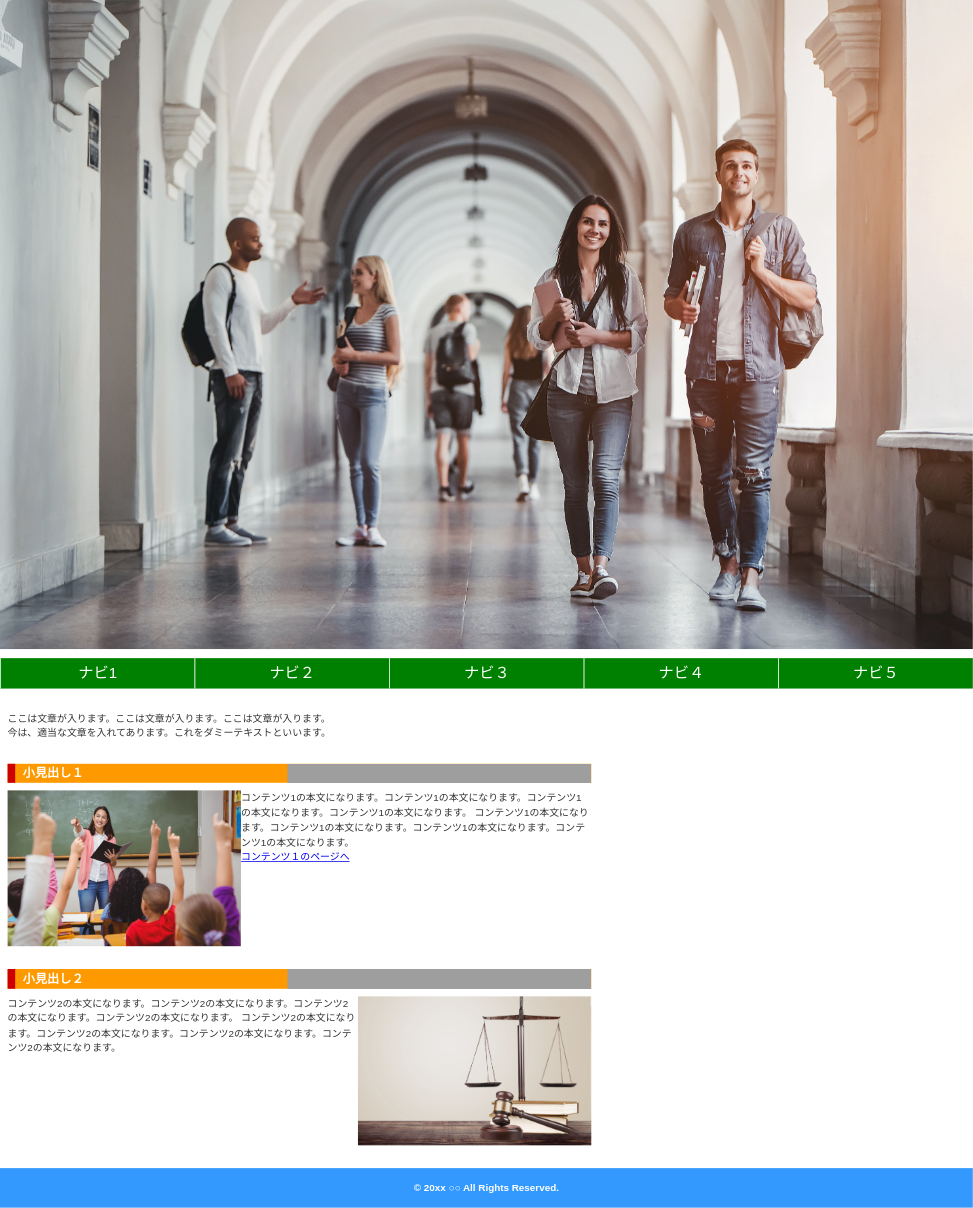
Repository: daichi-python/samurai_HTML_CSS
Page: HTML_lesson/home.html
The author's editor kept a record of every edit. The page is drawn from the files as they stood at one moment, then again after the next edit.
The browser window is 1280 px wide. The pictures show the whole page, at 76% of full size.
Pictures or frames that could not be fetched are drawn as grey boxes.

Above is the page before.

After the next edit:
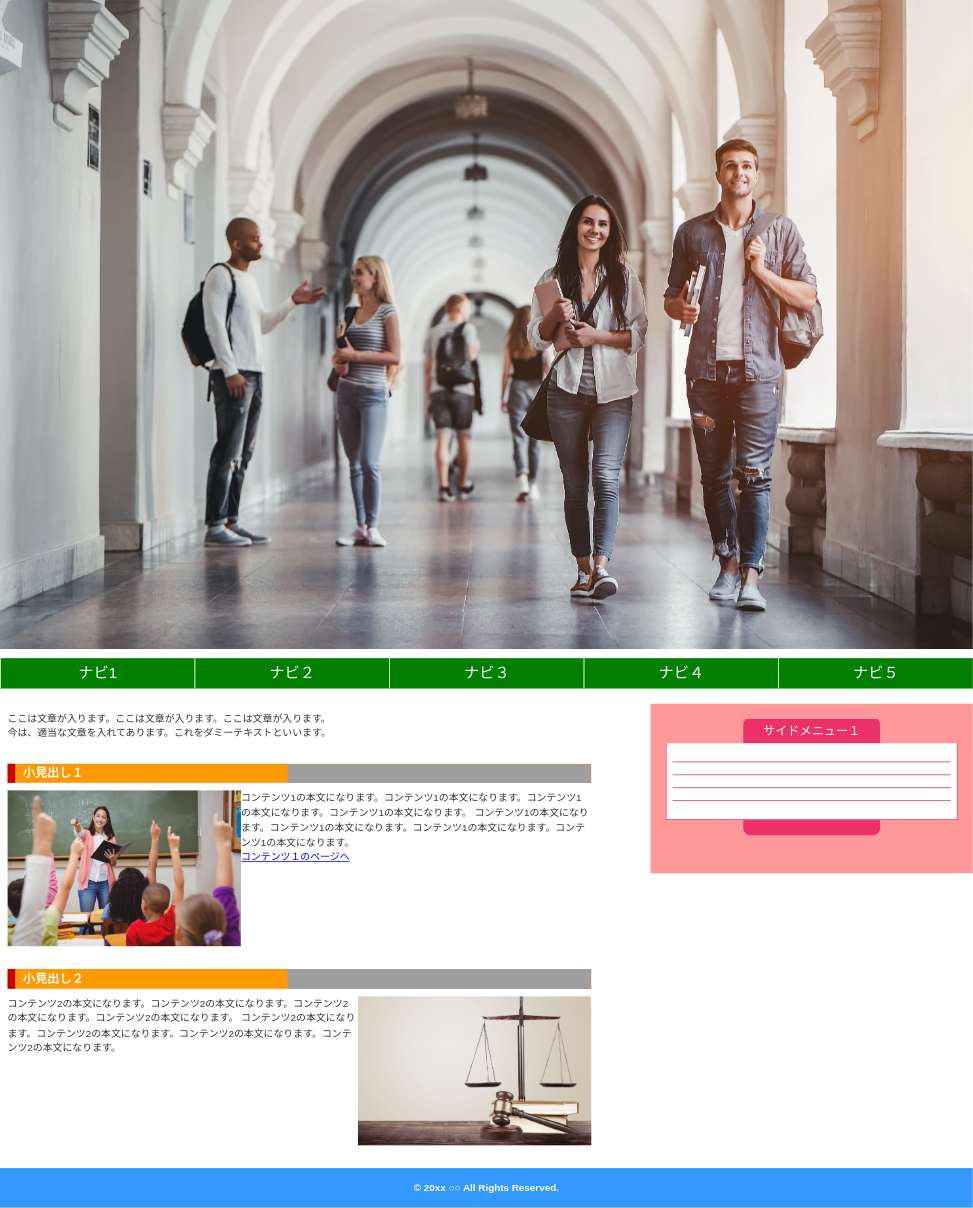
The edit:
--- a/HTML_lesson/home.html
+++ b/HTML_lesson/home.html
@@ -42,6 +42,19 @@
                     </p>
                 </div>
             </div>
+            <div id="side">
+                <div class="box">
+                    <h2>サイドメニュー１</h2>
+                    <div class="boxBody">
+                        <ul>
+                            <li></li>
+                            <li></li>
+                            <li></li>
+                            <li></li>
+                        </ul>
+                    </div>
+                </div>
+            </div>
         </div>
     </div>
     <div id="footer">
